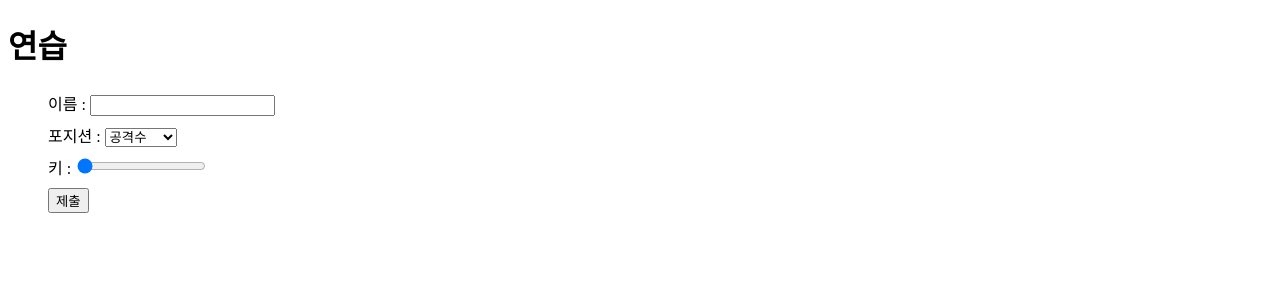
Repository: Simyoungdo04/dynamic-workspace
Page: FirstProject/src/main/webapp/views/practice.html
These files come from the project's save history. The page is drawn as it stood at one moment and after the next save; the edit follows.
The browser window is 1280 px wide. The pictures show the whole page.

Above is the page before, as saved 2026-05-04 08:39:32.

### FirstProject/src/main/webapp/views/practice.html
<!DOCTYPE html>
<html>
<head>
<meta charset="UTF-8">
<title>Insert title here</title>
<style>
	ul{
		list-style: none;
		line-height: 200%;
	}
</style>
</head>
<body>
	<h1>연습</h1>
	<form method="get" action="http://localhost:8088/first/practice.do">
		<ul>
			<li>
				이름 : <input type="text" name="name"/>
			</li>
			<li>
				포지션 :
				<select>
					<option>공격수</option>
					<option>미드필더</option>
					<option>수비수</option>
				</select>
			</li>
			<li>
				키 : <input type="range" min="160"/>
			</li>
			<li>

			</li>
			<li>

			</li>
			<li>

			</li>
			<li>

			</li>
			<li>

			</li>
			<li>

			</li>
			<li>
				<button type="submit">제출</button>
			</li>
		</ul>
	</form>
</body>
</html>

After the next save:
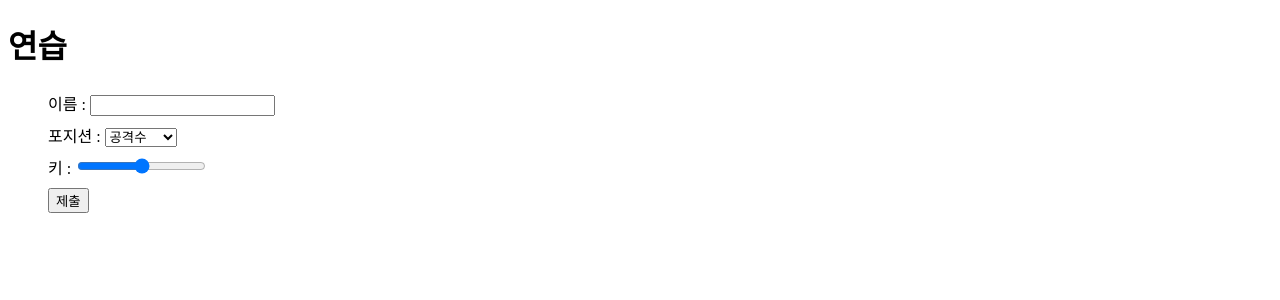
Saved 8 s later.
--- a/FirstProject/src/main/webapp/views/practice.html
+++ b/FirstProject/src/main/webapp/views/practice.html
@@ -26,7 +26,7 @@
 				</select>
 			</li>
 			<li>
-				키 : <input type="range" min="160"/>
+				키 : <input type="range" min="160" max="210"/>
 			</li>
 			<li>
 
